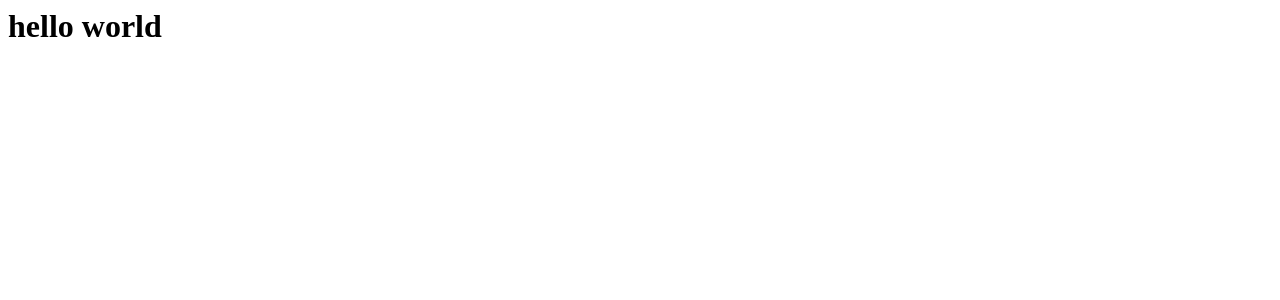
Repository: elmarputz/class-bookstore-php-dev-26
Page: http://localhost/site/index.php
The author's editor kept a copy of each file at every save. The page is drawn from the files as they stood at one save, then again after the next save.
The browser window is 1280 px wide. The pictures show the whole page.
The page is run by PHP 8.4 with error messages shown; the project is at /var/www/html/.

Above is the page before, as saved 2026-03-21 12:49:18.

After the next save:
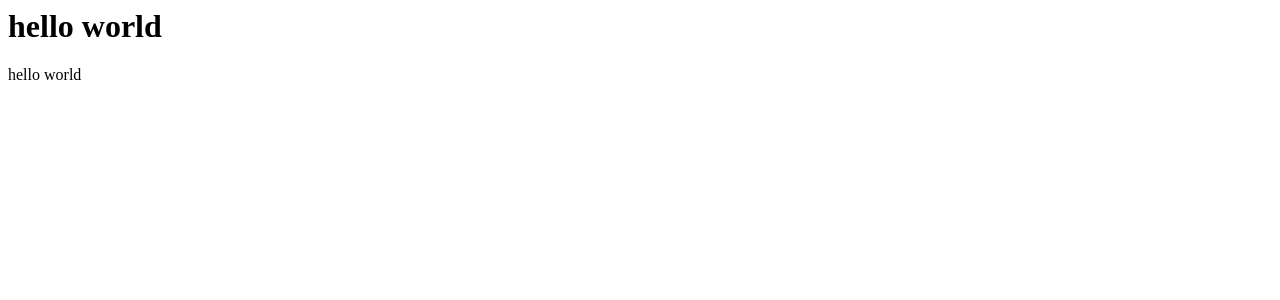
Saved 82 s later.
--- a/site/index.php
+++ b/site/index.php
@@ -1,4 +1,13 @@
 <html>
 <h1> hello world </h1>
 
+<?php
+ //
+ /* adkjflsdf
+ */
+
+ echo "hello world";
+
+?>
+
 </html>
